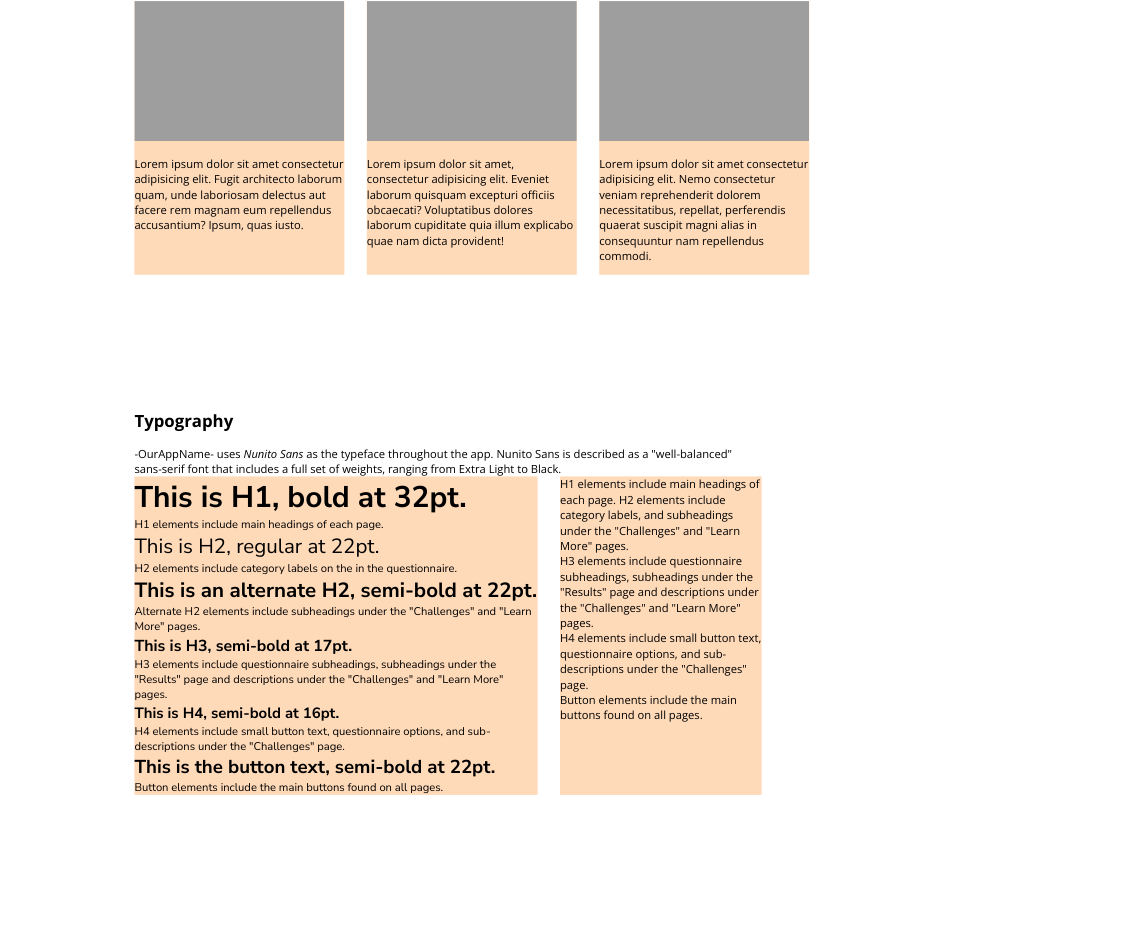
Repository: seohyun9672/Timearth-A6Styleguide
Page: page2.html
These files come from the project's save history. The page is drawn as it stood at one moment and after the next save; the edit follows.
The browser window is 1280 px wide. The page is 1632 px wide, so the pictures cover 1632 px, including what lies to the right of the window. The pictures show the part of the page from y = 1231 to 2751 px (the page is 2559 px tall before and 2751 px after), at 70% of full size.
Pictures or frames that could not be fetched are drawn as grey boxes.

Above is the page before, as saved 2022-03-20 20:14:03.

After the next save:
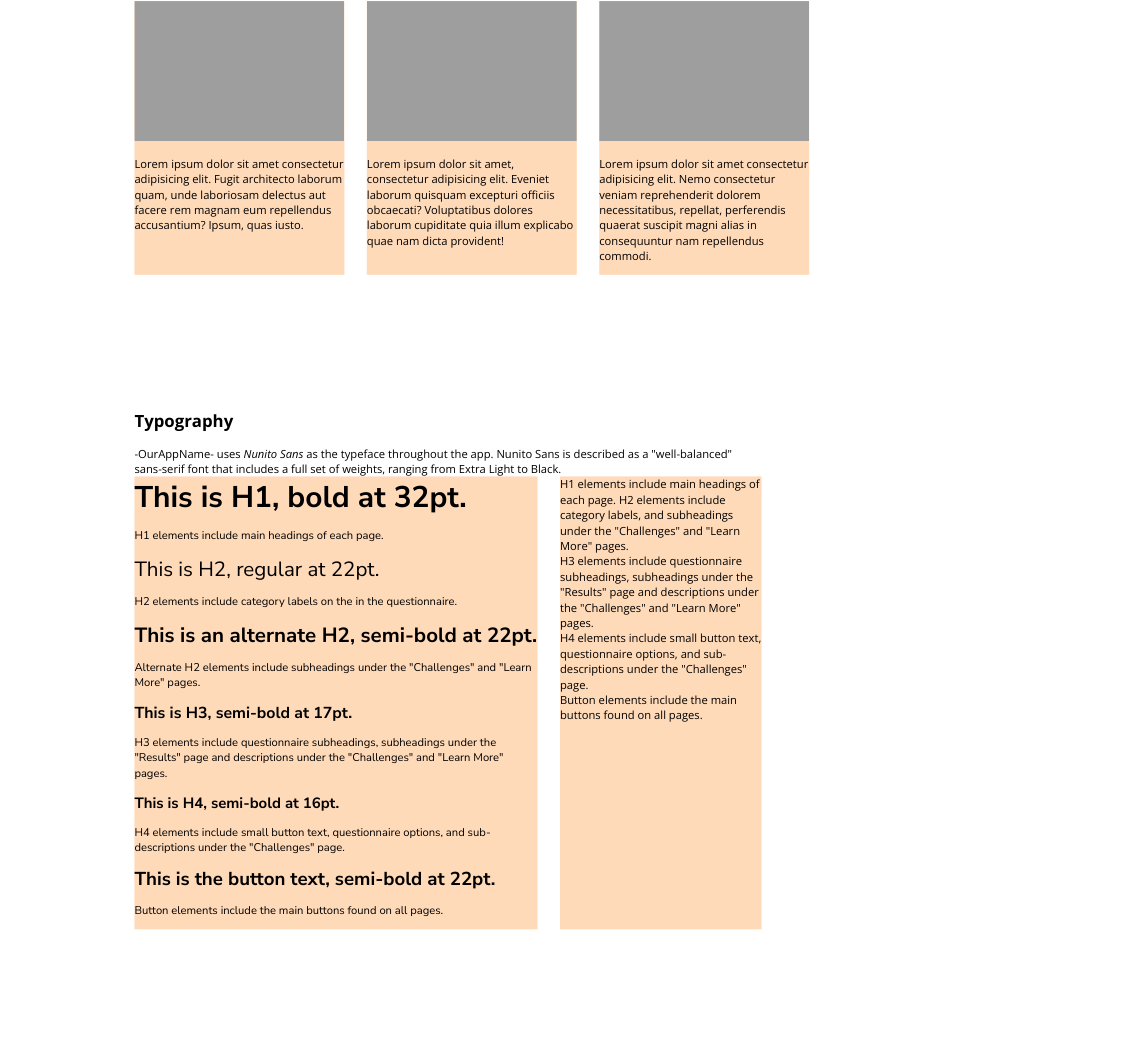
Saved 118 s later.
--- a/page2.html
+++ b/page2.html
@@ -77,17 +77,17 @@
       <div class="col-2-font">
         <div class="col nunito example">
             <div class="nh1">This is H1, bold at 32pt.</div>
-            <div class="desc">H1 elements include main headings of each page.</div>
+            <p class="desc">H1 elements include main headings of each page.</p>
             <div class="nh2">This is H2, regular at 22pt.</div>
-            <div class="desc">H2 elements include category labels on the in the questionnaire.</div>
+            <p class="desc">H2 elements include category labels on the in the questionnaire.</p>
             <div class="nh2-2">This is an alternate H2, semi-bold at 22pt.</div>
-            <div class="desc">Alternate H2 elements include subheadings under the "Challenges" and "Learn More" pages.</div>
+            <p class="desc">Alternate H2 elements include subheadings under the "Challenges" and "Learn More" pages.</p>
             <div class="nh3">This is H3, semi-bold at 17pt.</div>
-            <div class="desc">H3 elements include questionnaire subheadings, subheadings under the "Results" page and descriptions under the "Challenges" and "Learn More" pages. </div>
+            <p class="desc">H3 elements include questionnaire subheadings, subheadings under the "Results" page and descriptions under the "Challenges" and "Learn More" pages. </p>
             <div class="nh4">This is H4, semi-bold at 16pt.</div>
-            <div class="desc">H4 elements include small button text, questionnaire options, and sub-descriptions under the "Challenges" page. </div>
+            <p class="desc">H4 elements include small button text, questionnaire options, and sub-descriptions under the "Challenges" page. </p>
             <div class="nbtn">This is the button text, semi-bold at 22pt.</div>
-            <div class="desc">Button elements include the main buttons found on all pages. </div>
+            <p class="desc">Button elements include the main buttons found on all pages. </p>
         </div>
         <div class="col">
           H1 elements include main headings of each page.
